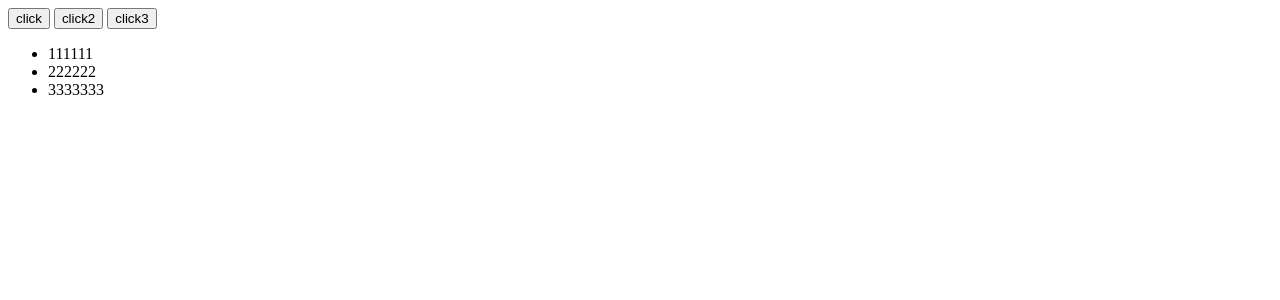
Repository: xiemin2161/mytest
Page: 01-事件处理.html
These files come from the project's save history. The page is drawn as it stood at one moment and after the next save; the edit follows.
The browser window is 1280 px wide. The pictures show the whole page.

Above is the page before, as saved 2023-01-31 15:01:27.

### 01-事件处理.html
<!DOCTYPE html>
<html>
  <head>
    <meta charset="utf-8" />
    <meta http-equiv="X-UA-Compatible" content="IE=edge,chrome=1" />
    <title>Examples</title>
    <meta name="description" content="" />
    <meta name="keywords" content="" />
    <link href="" rel="stylesheet" />

    <script type="text/javascript" src="lib/vue.js"></script>
  </head>
  <body>
    <div id="box">
      <button @click="handleClick">click</button>
      <button @click="handleClick()">click2</button>
      <button @click="isShow=!isShow">click3</button>
      <div v-show="isShow">111111</div>

      <ul @click="handleUlClick()">
        <li @click.stop="handleLiClick($event)">111111</li>
        <li>222222</li>
        <li>3333333</li>
      </ul>
    </div>

    <script type="text/javascript">
      new Vue({
        el: "#box",
        data: {
          isShow: false,
        },
        methods: {
          handleClick() {
            this.isShow = !this.isShow;
          },
          handleLiClick(ev) {
            console.log("li click");
            // ev.stopPropagation();
          },
          handleUlClick() {
            console.log("ul click");
          },
        },
      });
    </script>
  </body>
</html>

Loaded but not shown: lib/vue.js (library)

After the next save:
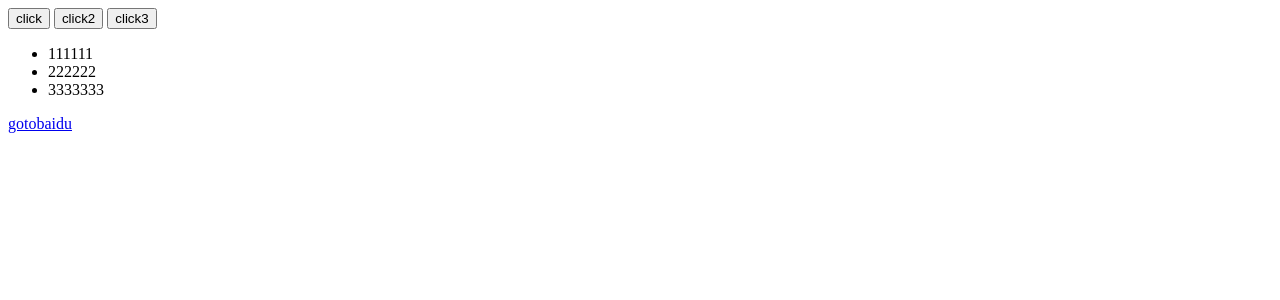
Saved 2 min 33 s later.
--- a/01-事件处理.html
+++ b/01-事件处理.html
@@ -22,6 +22,10 @@
         <li>222222</li>
         <li>3333333</li>
       </ul>
+
+      <a href="http://www.baidu.com" @click.prevent="handleChangePage()"
+        >gotobaidu</a
+      >
     </div>
 
     <script type="text/javascript">
